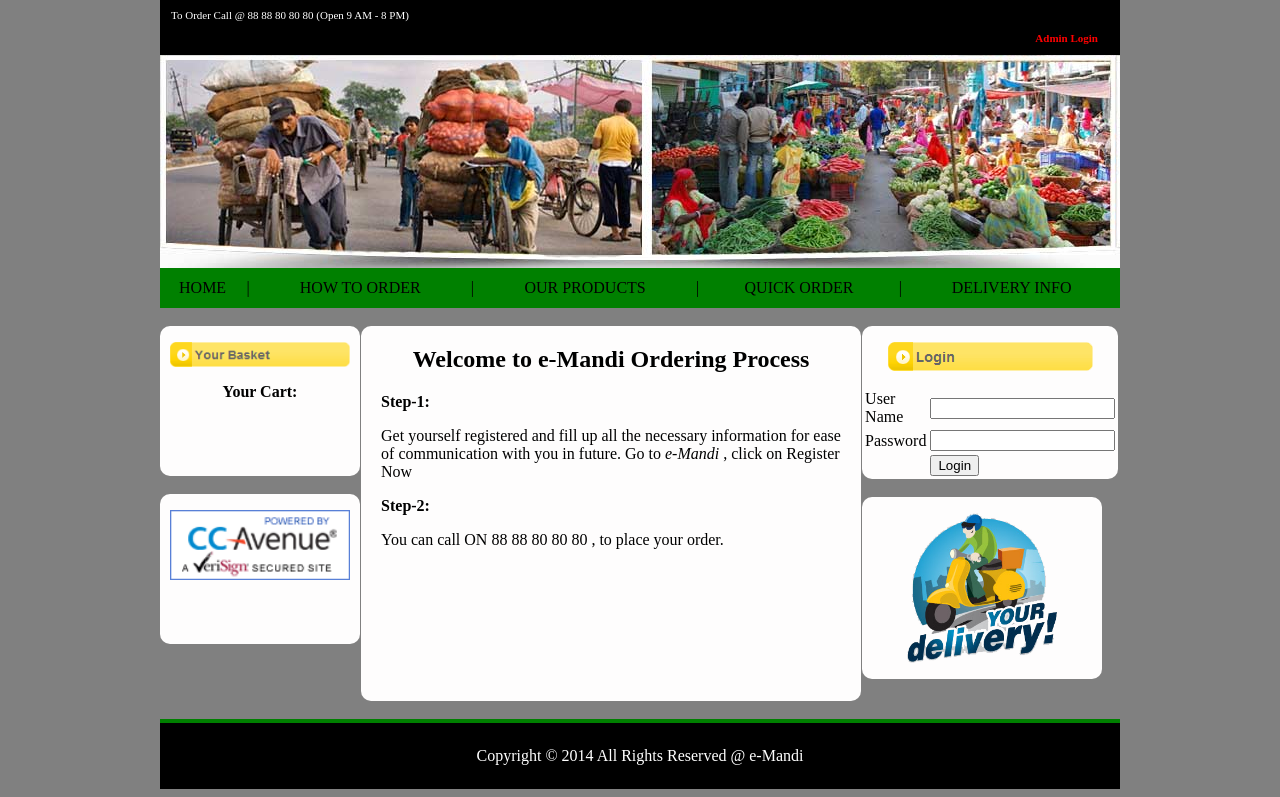
Repository: aashi12/e_mandi
Page: http://localhost/e_mandi/ourProducts.jsp
The author's editor kept a copy of each file at every save. The page is drawn from the files as they stood at one save, then again after the next save.
The browser window is 1280 px wide. The pictures show the whole page.
The page is served by Tomcat 9. Other server files are loaded and not shown.

Above is the page before, as saved 2014-04-18 12:01:25.

### e_mandi/WebContent/ourProducts.jsp
<%@ page language="java" contentType="text/html; charset=ISO-8859-1"
    pageEncoding="ISO-8859-1"%>
<!DOCTYPE html PUBLIC "-//W3C//DTD HTML 4.01 Transitional//EN" "http://www.w3.org/TR/html4/loose.dtd">
<html>
<head>
<meta http-equiv="Content-Type" content="text/html; charset=ISO-8859-1">
<title>Online e-Mandi</title>
<link rel="stylesheet" href="style.css" />
</head>
<body bgcolor="gray">
<div id="container">
<div id="main">
<table border="0" width="960" height="270" cellspacing="0" cellpadding="0">
<tr>
<td height="25" bgcolor="black" class="order"><p> &nbsp;&nbsp;&nbsp;&nbsp;To Order Call @ 88 88 80 80 80 (Open 9 AM - 8 PM)</p>
<p align="right" class="admin"><b><a href="admin.jsp">Admin Login</a> &nbsp; &nbsp; &nbsp; &nbsp;</b></p>
</td>
</tr>
<tr>
<td class="bann">
<!--  banner -->
</td>
</tr>
</table>
<table border="0" width="960" height="40" cellspacing="0" cellpadding="0">
<tr bgcolor="green">
<td align="center" class="tab"><a href="index.jsp">HOME</a></td>
<td align="center" class="tab">|</td>
<td align="center" class="tab"><a href="howToOrder.jsp">HOW TO ORDER</a></td>
<td align="center" class="tab">|</td>
<td align="center" class="tab"><a href="ourProducts.jsp">OUR PRODUCTS</a></td>
<td align="center" class="tab">|</td>
<td align="center" class="tab"><a href="#">QUICK ORDER</a></td>
<td align="center" class="tab">|</td>
<td align="center" class="tab"><a href="#">DELIVERY INFO</a></td>
</tr>
</table>
<br/>
<table border="0" width="960" height="auto" cellspacing="0" cellpadding="0">
<tr>
<td width="200" valign="top">
<table class="basket" width="200" height="150" cellspacing="0" cellpadding="0" bgcolor="#fefdfd">
<tr>
<td align="center" valign="top">
<p><img src="images/basket.png" width="180"/></p>
<p class="bask"><b>Your Cart:</b></p>
</td>
</tr>
</table>
&nbsp;
<table class="basket" width="200" height="150" cellspacing="0" cellpadding="0" bgcolor="#fefdfd">
<tr>
<td align="center" valign="top">
<p><img src="images/ccav.gif" width="180"/></p>
</td>
</tr>
</table>
</td>
<td width="560" align="center" valign="top">
<table class="basket" border="0" width="500" height="150" cellspacing="0" cellpadding="0" bgcolor="#fefdfd">
<tr>
<td  valign="top">
<h2 align="center">Welcome to e-Mandi Ordering Process</h2>
<div id="con1">
<p><b>Step-1:</b></p>
<p>Get yourself registered and fill up all the necessary information for ease of communication
with you in future. Go to <i>e-Mandi</i> , click on Register Now</p>
<p><b>Step-2:</b></p>
<p>You can call ON    88 88 80 80 80 , to place your order.</p>

<p>&nbsp;</p>
<p>&nbsp;</p>
<p>&nbsp;</p>
<p>&nbsp;</p>
</div>
</td>
</tr>
</table>

</td>
<td width="300" valign="top">
<table border="0" class="basket" width="200" height="150" cellspacing="0" cellpadding="0" bgcolor="#fefdfd">
<tr>
<td align="center">
<p><img src="images/login.png" /></p>
<table width="240">
<tr>
<td>User Name</td>
<td><input type="text" name="uname"></td>
</tr>
<tr>
<td>Password</td>
<td><input type="password" name="pass"></td>
</tr>
<tr>
<td></td>
<td><input type="submit" value="Login"></td>
</tr>
</table>
</td>
</tr>
</table>
&nbsp;
<table border="0" class="basket" width="240" height="150" cellspacing="0" cellpadding="0" bgcolor="#fefdfd">
<tr>
<td align="center">
<p><img src="images/free.png" width="150" height="150" /></p>
</td>
</tr>
</table>
</td>
</tr>
</table>
&nbsp;
<table border="0" width="960" height="70" cellspacing="0" cellpadding="0">
<tr>
<td height="4" bgcolor="green"></td>
</tr>
<tr>
<td height="65" bgcolor="black" align="center" class="foot">
<p>Copyright &copy; 2014 All Rights Reserved @ e-Mandi</p>
</td>
</tr>
</table>
</div>
</div>
</body>
</html>

### e_mandi/WebContent/style.css
#container{margin-top:-10px;}
#main{margin: 0px auto;width:960px;}
.tab{color:#000;text-decoration:none;}
.tab a{color:#000;text-decoration:none;}
.tab a:hover{color:#fff;text-decoration:none;}
.tab12{color:#fff;text-decoration:none;}
.tab12 a{color:#fff;text-decoration:none;}
.tab12 a:hover{color:red;text-decoration:none;}
.bann{background-image: url(images/header.jpg);}
.order{color:#fff; font-size:11px;}
.free{padding-left:400px;}
.logo{padding-bottom:50px;}
.basket{border-radius:10px;}
.foot{color:#fff;}
.cat{color:#000;text-decoration:none;}
.cat a{color:red;text-decoration:none;}
.cat a:hover{color:green;text-decoration:none;}
.admin{color:red;text-decoration:none; }
.admin a{color:red; text-decoration:none;}
.admin a:hover{color:#fff;text-decoration:none; }
#con1{padding-left:20px;padding-right:20px;}
img{border:none;}
a{text-decoration:none;}
.log a{text-decoration:none;}
.section a{color:green;text-decoration:none;}
.section a:hover{color:red;text-decoration:none;}
.quick{color:green;text-decoration:underline;}
#login
{
	text-align:center;

}

After the next save:
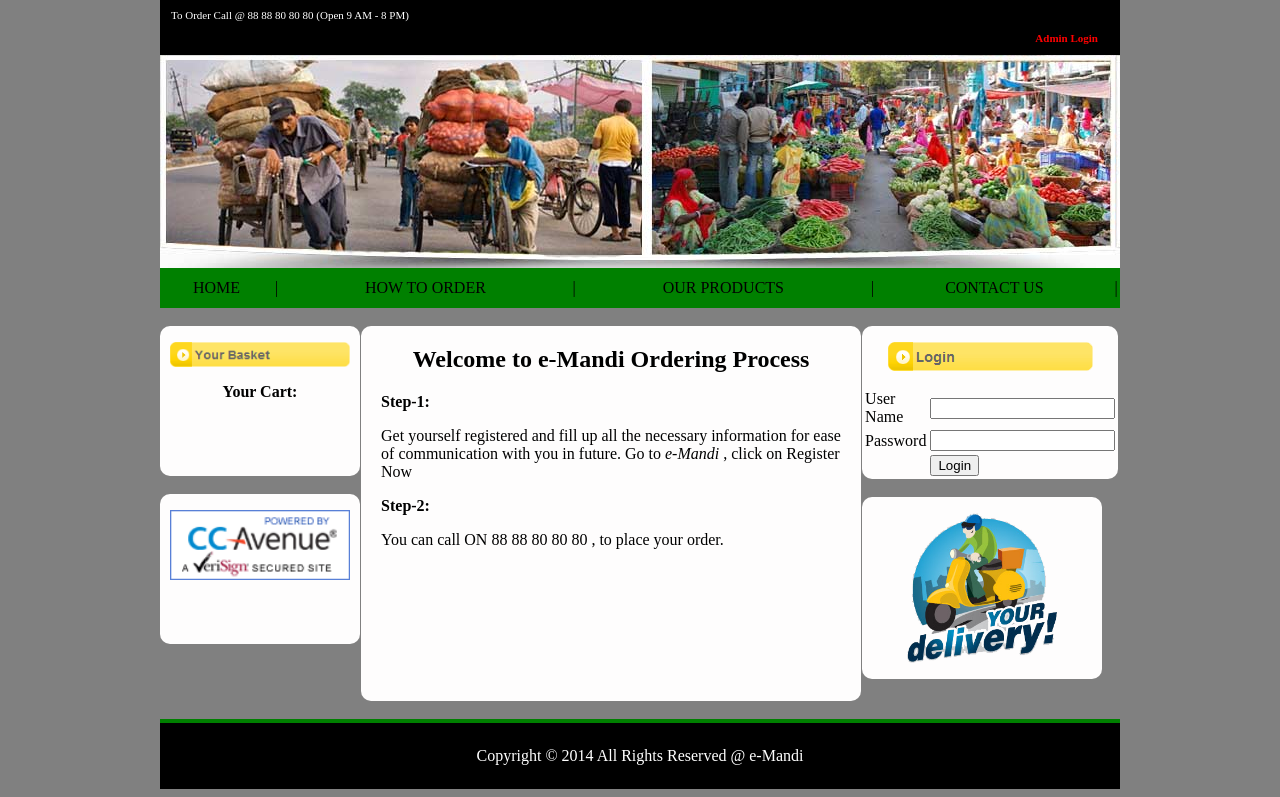
Saved 62 s later.
--- a/e_mandi/WebContent/ourProducts.jsp
+++ b/e_mandi/WebContent/ourProducts.jsp
@@ -30,9 +30,9 @@
 <td align="center" class="tab">|</td>
 <td align="center" class="tab"><a href="ourProducts.jsp">OUR PRODUCTS</a></td>
 <td align="center" class="tab">|</td>
-<td align="center" class="tab"><a href="#">QUICK ORDER</a></td>
+<td align="center" class="tab"><a href="#">CONTACT US</a></td>
 <td align="center" class="tab">|</td>
-<td align="center" class="tab"><a href="#">DELIVERY INFO</a></td>
+
 </tr>
 </table>
 <br/>
